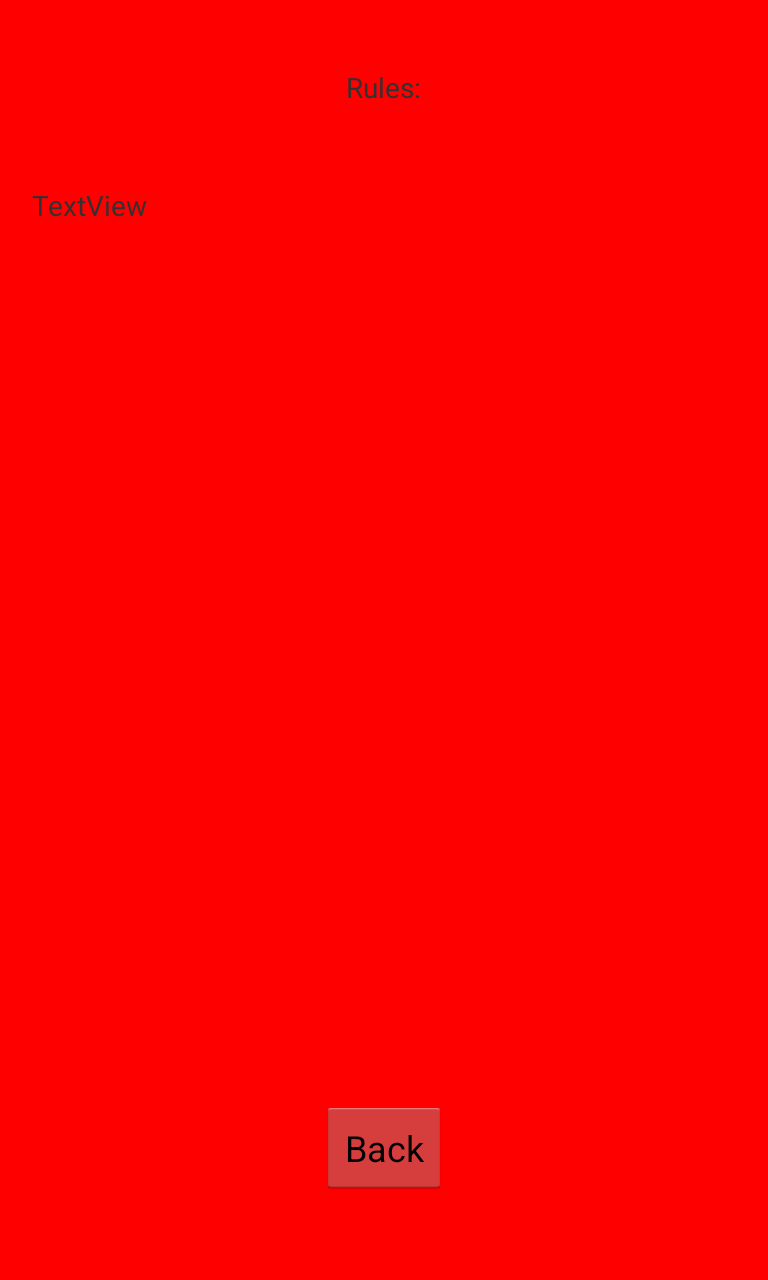
Repository: amittttt/Android-HP
Layout: Gameassgnmnt/res/layout/activity_rules.xml
An editor plug-in stored every save of this project. The layout is shown before and after the next save, followed by the edit.
It is drawn on a 768 x 1280 px phone screen (xhdpi) without system bars, with theme AppTheme; the app's code is not run.

Above is the layout before, as saved 2016-05-13 18:48:17.

After the next save:
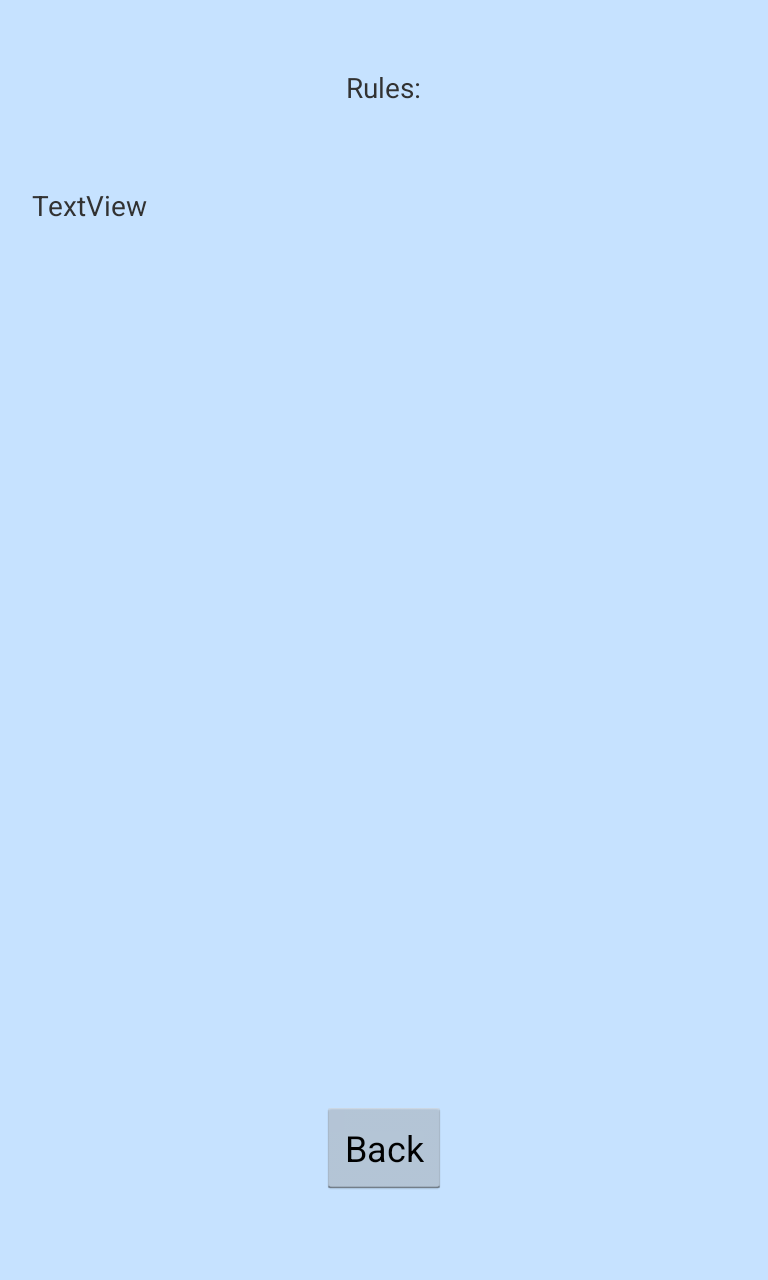
Saved 44 s later.
--- a/Gameassgnmnt/res/layout/activity_rules.xml
+++ b/Gameassgnmnt/res/layout/activity_rules.xml
@@ -6,7 +6,7 @@
     android:paddingLeft="@dimen/activity_horizontal_margin"
     android:paddingRight="@dimen/activity_horizontal_margin"
     android:paddingTop="@dimen/activity_vertical_margin"
-    android:background="#ff0000"
+    android:background="#c6e2ff"
     tools:context=".Rules" >
 
     <Button
